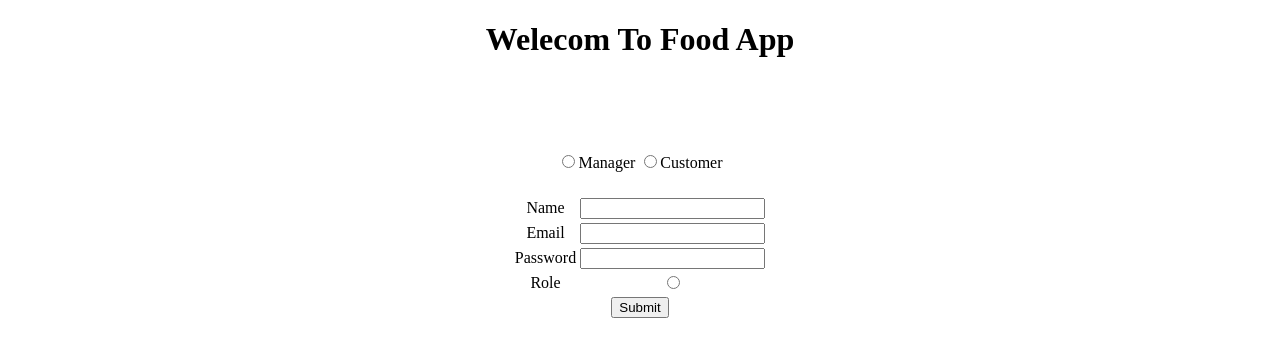
Repository: Jeevith-U/Advance-Java
Page: http://localhost/Food_App/SignUp.jsp
The author's editor kept a copy of each file at every save. The page is drawn from the files as they stood at one save, then again after the next save.
The browser window is 1280 px wide. The pictures show the whole page.
The page is served by Tomcat 9.

Above is the page before, as saved 2023-08-22 09:49:19.

After the next save:
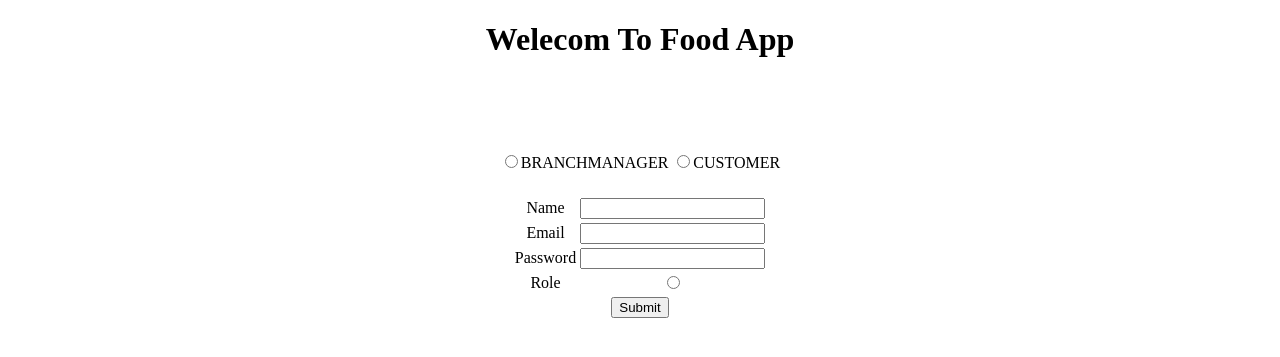
Saved 32 s later.
--- a/Projects/Food_App/src/main/webapp/SignUp.jsp
+++ b/Projects/Food_App/src/main/webapp/SignUp.jsp
@@ -64,8 +64,8 @@
                 <tr>
                     <td><label for="role">Role</label>
                     <td><input type="radio" id="role" name="role"></td>
-                    <input type="radio" id="role" name = "Manager">Manager
-                    <input type="radio" id="role" name = "Customer">Customer
+                    <input type="radio" id="role" name = "BRANCHMANAGER">BRANCHMANAGER
+                    <input type="radio" id="role" name = "CUSTOMER">CUSTOMER
                     </td>
                 </tr>
                 </tr>
